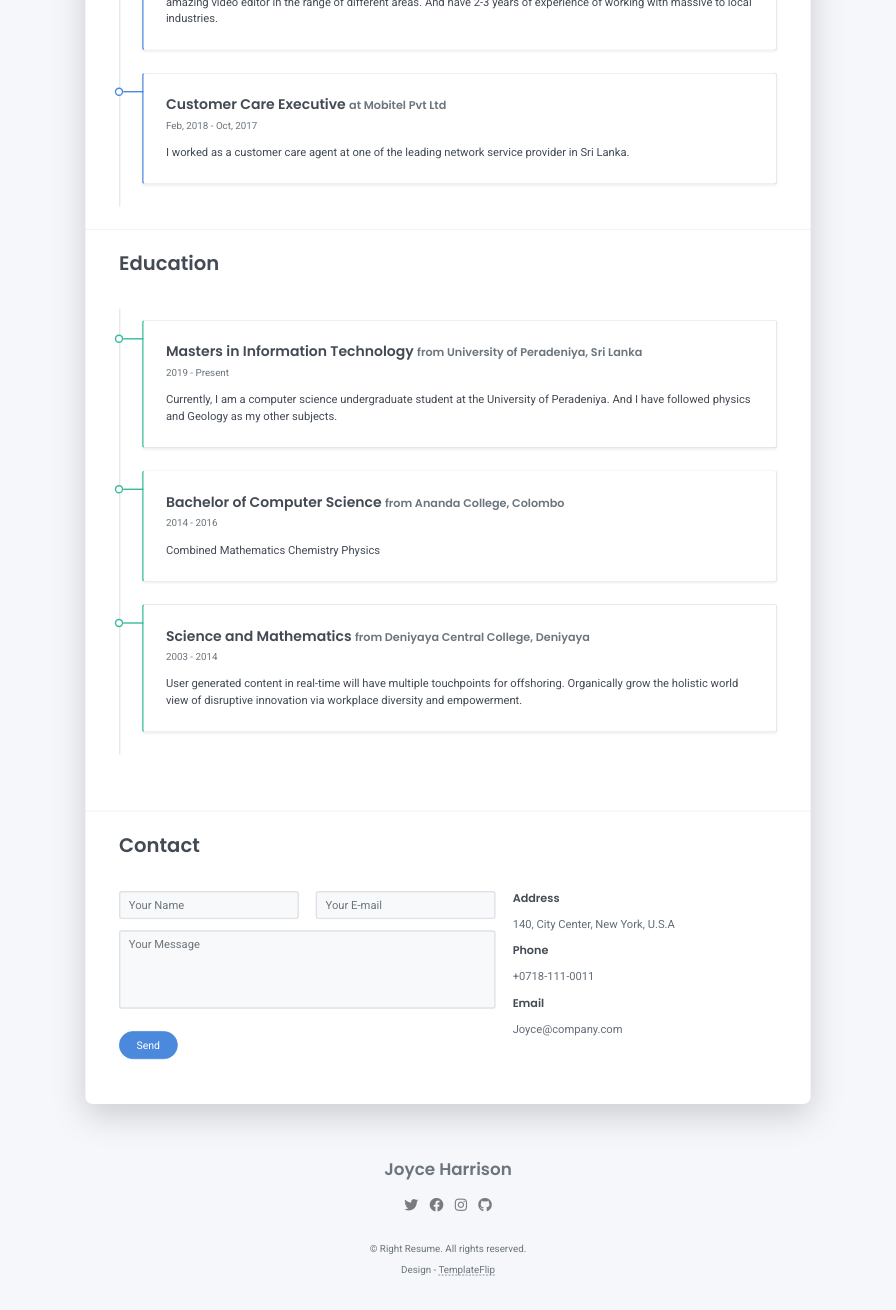
Repository: virangaj/resume
Page: index.html
The author's editor kept a copy of each file at every save. The page is drawn from the files as they stood at one save, then again after the next save.
The browser window is 1280 px wide. The pictures show the part of the page from y = 1660 to 3580 px (the page is 3532 px tall before and 3580 px after), at 70% of full size.

Above is the page before, as saved 2021-08-31 19:43:47.

After the next save:
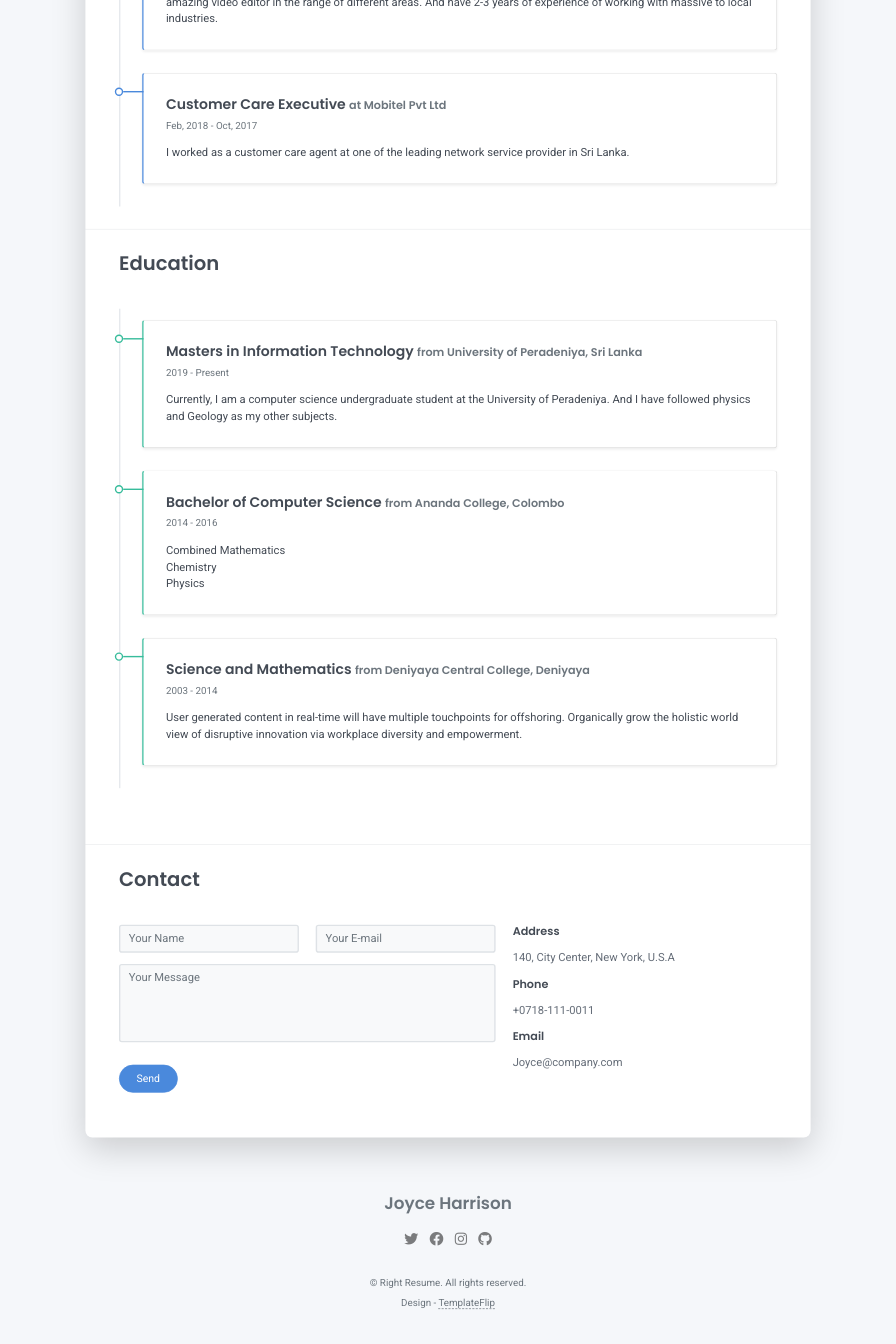
Saved 14 s later.
--- a/index.html
+++ b/index.html
@@ -454,7 +454,9 @@
 										>
 									</div>
 									<div class="text-muted text-small mb-2">2014 - 2016</div>
-									<div>Combined Mathematics Chemistry Physics</div>
+									<div>
+										Combined Mathematics <br />Chemistry <br />Physics<br />
+									</div>
 								</div>
 							</div>
 							<div class="timeline-card timeline-card-success card shadow-sm">
